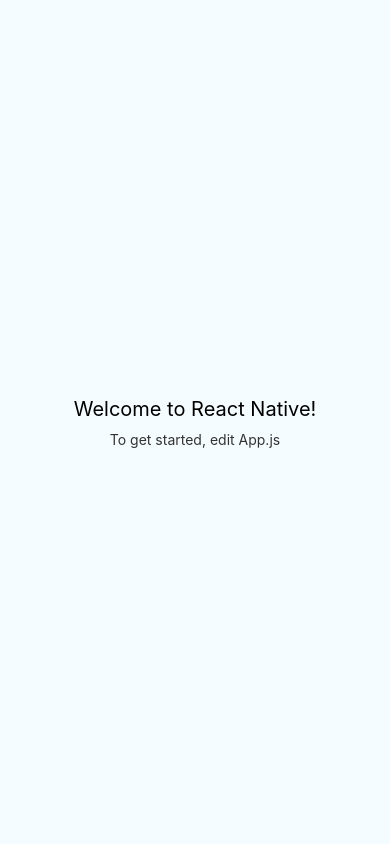
Repository: gabrielbuzziv/gonative-desafio-1
Screen: /
An editor plug-in stored every save of this project. The screen is shown before and after the next save, followed by the edit.
The app was drawn by React Native's web renderer in a window 390 px wide. The project was rebuilt for these pictures with package versions that can differ from the ones it lists, and the page was loaded fresh each time.

Above is the screen before, as saved 2018-03-07 17:07:53.

### index.js
import { AppRegistry } from 'react-native';
import App from './src';

AppRegistry.registerComponent('desafio1', () => App);

### src/index.js
import React, { Component } from 'react';
import { Platform, StyleSheet, Text, View } from 'react-native';

const instructions = Platform.select({
  ios: 'Press Cmd+R to reload,\n' + 'Cmd+D or shake for dev menu',
  android:
    'Double tap R on your keyboard to reload,\n' +
    'Shake or press menu button for dev menu',
});

export default class App extends Component {
  render() {
    return (
      <View style={styles.container}>
        <Text style={styles.welcome}>Welcome to React Native!</Text>
        <Text style={styles.instructions}>To get started, edit App.js</Text>
        <Text style={styles.instructions}>{instructions}</Text>
      </View>
    );
  }
}

const styles = StyleSheet.create({
  container: {
    flex: 1,
    justifyContent: 'center',
    alignItems: 'center',
    backgroundColor: '#F5FCFF',
  },
  welcome: {
    fontSize: 20,
    textAlign: 'center',
    margin: 10,
  },
  instructions: {
    textAlign: 'center',
    color: '#333333',
    marginBottom: 5,
  },
});

After the next save:
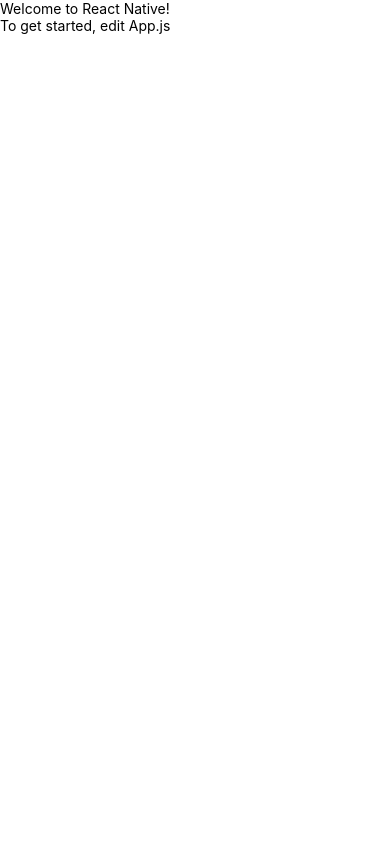
Saved 42 s later.
--- a/src/index.js
+++ b/src/index.js
@@ -21,20 +21,5 @@
 }
 
 const styles = StyleSheet.create({
-  container: {
-    flex: 1,
-    justifyContent: 'center',
-    alignItems: 'center',
-    backgroundColor: '#F5FCFF',
-  },
-  welcome: {
-    fontSize: 20,
-    textAlign: 'center',
-    margin: 10,
-  },
-  instructions: {
-    textAlign: 'center',
-    color: '#333333',
-    marginBottom: 5,
-  },
+  container: {},
 });
